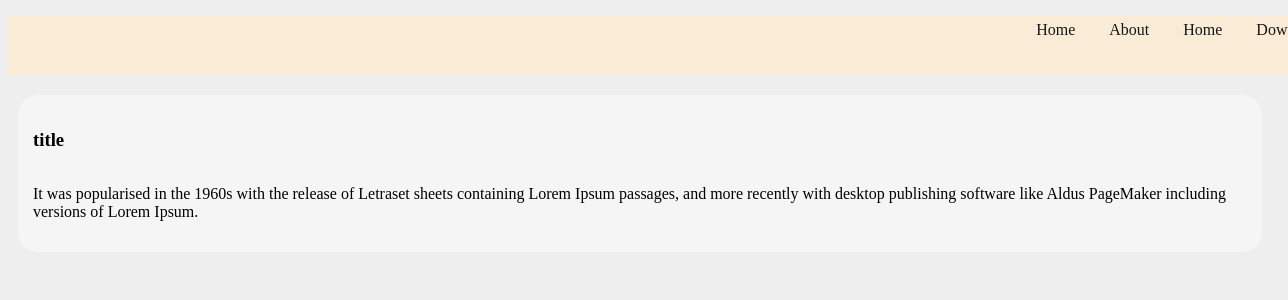
Repository: RafalSiuta/notiweb
Page: policy.html
These files come from the project's save history. The page is drawn as it stood at one moment and after the next save; the edit follows.
The browser window is 1280 px wide. The page is 1288 px wide, so the pictures cover 1288 px, including what lies to the right of the window. The pictures show the whole page.

Above is the page before, as saved 2024-12-14 21:21:03.

After the next save:
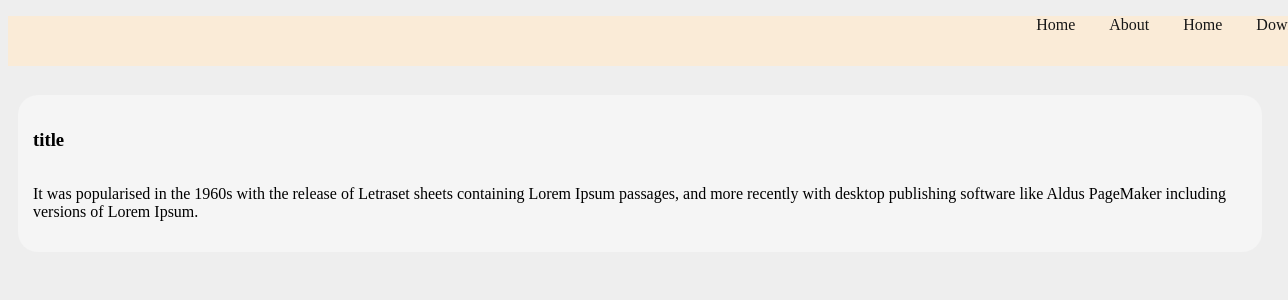
Saved 82 s later.
--- a/styles/styles.css
+++ b/styles/styles.css
@@ -19,7 +19,7 @@
     text-align: right;
 }
 ul{
-    padding: 5px 50px;
+    padding-left: 50px;
 }
 li{
     display: inline;
